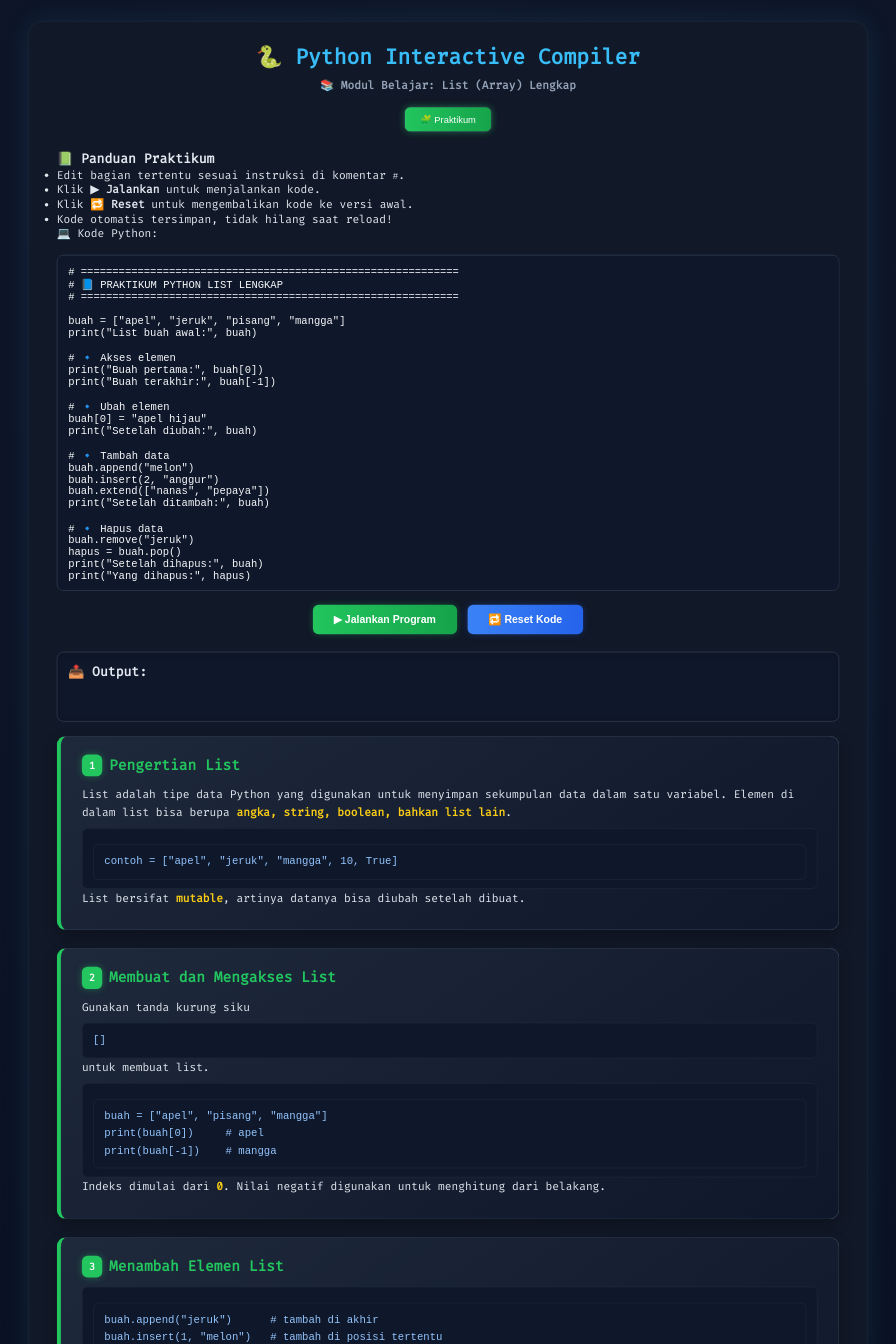
Repository: smkmutipugademak/Array
Page: index.html
These files come from the project's save history. The page is drawn as it stood at one moment and after the next save; the edit follows.
The browser window is 1280 px wide. The pictures show the part of the page from y = 0 to 1920 px (the page is 5751 px tall before and 1122 px after), at 70% of full size.
An inner scrolling area shows only its first screen.

Above is the page before, as saved 2025-11-11 05:25:26.

### index.html
<!DOCTYPE html>
<html lang="id">

<head>
    <meta charset="UTF-8" />
    <meta name="viewport" content="width=device-width, initial-scale=1.0" />
    <title>🐍 Python Interactive Compiler - Belajar List</title>
    <link rel="stylesheet" href="style.css" />
    <link href="https://fonts.googleapis.com/css2?family=Fira+Code&display=swap" rel="stylesheet">
</head>

<body>
    <div class="container">
        <h1>🐍 Python Interactive Compiler</h1>
        <h2>📚 Modul Belajar: List (Array) Lengkap</h2>

        <!-- ===================== TABS ===================== -->
        <div class="tabs">
            <button class="tab-button active" data-tab="praktikum">🧩 Praktikum</button>
        </div>

        <!-- ===================== TAB PRAKTIKUM ===================== -->
        <div id="praktikum" class="tab-content active">
            <div class="instructions">
                <h3>📗 Panduan Praktikum</h3>
                <ul>
                    <li>Edit bagian tertentu sesuai instruksi di komentar <code>#</code>.</li>
                    <li>Klik <b>▶ Jalankan</b> untuk menjalankan kode.</li>
                    <li>Klik <b>🔁 Reset</b> untuk mengembalikan kode ke versi awal.</li>
                    <li>Kode otomatis tersimpan, tidak hilang saat reload!</li>
                </ul>
            </div>

            <div class="editor-section">
                <label>💻 Kode Python:</label>
                <textarea id="editor" spellcheck="false"></textarea>

                <div class="btn-group">
                    <button id="runBtn">▶ Jalankan Program</button>
                    <button id="resetBtn">🔁 Reset Kode</button>
                </div>
            </div>

            <div class="output-container">
                <h3>📤 Output:</h3>
                <pre id="output"></pre>
            </div>
        </div>

        <!-- ===================== TAB TEORI ===================== -->
        <div id="teori" class="tab-content">
            <div class="theory-section">

                <div class="card">
                    <h3 data-step="1">Pengertian List</h3>
                    <p>List adalah tipe data Python yang digunakan untuk menyimpan sekumpulan data dalam satu variabel.
                        Elemen di dalam list bisa berupa <strong>angka, string, boolean, bahkan list lain</strong>.</p>
                    <pre><code>contoh = ["apel", "jeruk", "mangga", 10, True]</code></pre>
                    <p>List bersifat <strong>mutable</strong>, artinya datanya bisa diubah setelah dibuat.</p>
                </div>

                <div class="card">
                    <h3 data-step="2">Membuat dan Mengakses List</h3>
                    <p>Gunakan tanda kurung siku <code>[]</code> untuk membuat list.</p>
                    <pre><code>buah = ["apel", "pisang", "mangga"]
print(buah[0])     # apel
print(buah[-1])    # mangga</code></pre>
                    <p>Indeks dimulai dari <strong>0</strong>. Nilai negatif digunakan untuk menghitung dari belakang.
                    </p>
                </div>

                <div class="card">
                    <h3 data-step="3">Menambah Elemen List</h3>
                    <pre><code>buah.append("jeruk")      # tambah di akhir
buah.insert(1, "melon")   # tambah di posisi tertentu
buah.extend(["nanas", "pepaya"]) # tambah banyak elemen</code></pre>
                    <p><code>append()</code> untuk satu data, sedangkan <code>extend()</code> untuk banyak data
                        sekaligus.</p>
                </div>

                <div class="card">
                    <h3 data-step="4">Menghapus Elemen List</h3>
                    <pre><code>buah.remove("pisang")  # hapus berdasarkan nilai
buah.pop()            # hapus elemen terakhir
del buah[0]           # hapus berdasarkan indeks</code></pre>
                    <ul>
                        <li><code>remove()</code> → hapus berdasarkan isi.</li>
                        <li><code>pop()</code> → hapus & kembalikan elemen terakhir.</li>
                        <li><code>del</code> → hapus berdasarkan posisi indeks.</li>
                    </ul>
                </div>

                <div class="card">
                    <h3 data-step="5">Mengubah Elemen</h3>
                    <pre><code>buah[0] = "apel hijau"
buah[1:3] = ["melon", "nanas"]</code></pre>
                    <p>Kamu bisa mengubah satu atau beberapa elemen sekaligus menggunakan <strong>slicing</strong>.</p>
                </div>

                <div class="card">
                    <h3 data-step="6">Operasi Dasar List</h3>
                    <pre><code>angka = [1, 2, 3]
print(len(angka))        # 3
print(angka + [4, 5])    # gabung list
print(angka * 2)         # duplikasi
print(2 in angka)        # cek keanggotaan</code></pre>
                </div>

                <div class="card">
                    <h3 data-step="7">Fungsi Bawaan List</h3>
                    <pre><code>angka = [2, 4, 4, 5, 10]
print(angka.count(4))   # menghitung jumlah 4
print(angka.index(5))   # posisi angka 5
angka.sort()            # urut naik
angka.reverse()         # urut turun
print(angka)</code></pre>
                </div>

                <div class="card">
                    <h3 data-step="8">Slicing List</h3>
                    <pre><code>buah = ["apel", "pisang", "jeruk", "mangga", "melon"]
print(buah[1:4])   # ['pisang', 'jeruk', 'mangga']
print(buah[:3])    # ['apel', 'pisang', 'jeruk']
print(buah[::-1])  # urutan dibalik</code></pre>
                </div>

                <div class="card">
                    <h3 data-step="9">Nested List (List di dalam List)</h3>
                    <pre><code>kelas = [["Ani", 80], ["Budi", 90], ["Citra", 85]]
print(kelas[1][0])  # Budi
print(kelas[1][1])  # 90</code></pre>
                    <p>Nested list digunakan untuk menyimpan data tabel atau pasangan nilai.</p>
                </div>

                <div class="card">
                    <h3 data-step="10">Looping pada List</h3>
                    <pre><code>for buah in ["apel", "pisang", "jeruk"]:
    print(buah)</code></pre>
                    <p>Gunakan <code>enumerate()</code> untuk mendapatkan indeks dan nilai:</p>
                    <pre><code>buah = ["apel", "jeruk", "pisang"]
for i, item in enumerate(buah):
    print(i, item)</code></pre>
                </div>

                <div class="card">
                    <h3 data-step="11">List Comprehension</h3>
                    <pre><code>angka = [x for x in range(5)]
kuadrat = [x**2 for x in range(1,6)]
print(angka)
print(kuadrat)</code></pre>
                </div>

                <div class="card">
                    <h3 data-step="12">Fungsi Copy dan Clear</h3>
                    <pre><code>data = [1, 2, 3]
salinan = data.copy()
salinan.append(4)
print("Asli:", data)
print("Salinan:", salinan)

data.clear()
print("Setelah clear:", data)</code></pre>
                </div>

                <div class="card">
                    <h3 data-step="13">📖 Rangkuman</h3>
                    <ul>
                        <li>List menyimpan banyak data dalam satu variabel.</li>
                        <li>List bersifat <strong>mutable</strong> (bisa diubah).</li>
                        <li>Dapat ditambah, dihapus, digabung, dan diulang.</li>
                        <li>Mendukung operasi matematika dan logika sederhana.</li>
                        <li>Penting untuk memahami manipulasi data di Python.</li>
                    </ul>
                </div>

                <div class="card" style="text-align:center; color:#22c55e;">
                    <h3>🎉 Selesai! Kamu sudah memahami semua konsep List Python 🎉</h3>
                </div>

            </div>
        </div>
    </div>

    <!-- Skulpt -->
    <script src="https://cdn.jsdelivr.net/npm/skulpt@1.2.0/dist/skulpt.min.js"></script>
    <script src="https://cdn.jsdelivr.net/npm/skulpt@1.2.0/dist/skulpt-stdlib.js"></script>
    <script src="script.js"></script>
</body>

</html>

### style.css
/* =======================================
   🌌 MODERN RESPONSIVE PYTHON COMPILER UI
   By Nanda Edition
======================================= */

/* RESET & BASE */
* {
    box-sizing: border-box;
    margin: 0;
    padding: 0;
}

body {
    background: radial-gradient(circle at top, #0f172a, #020617);
    color: #e2e8f0;
    font-family: "Fira Code", monospace;
    display: flex;
    justify-content: center;
    align-items: flex-start;
    min-height: 100vh;
    padding: 30px 10px;
}

/* CONTAINER */
.container {
    background: #111827;
    border: 1px solid #1e293b;
    border-radius: 20px;
    width: 100%;
    max-width: 1200px;
    padding: 30px 40px;
    box-shadow: 0 0 40px rgba(56, 189, 248, 0.1);
    animation: fadeIn 0.6s ease;
}

/* TITLE */
h1 {
    text-align: center;
    color: #38bdf8;
    font-size: 1.9rem;
    font-weight: 600;
    margin-bottom: 10px;
}

h2 {
    text-align: center;
    color: #94a3b8;
    font-size: 1rem;
    margin-bottom: 20px;
}

/* TABS */
.tabs {
    display: flex;
    justify-content: center;
    flex-wrap: wrap;
    gap: 10px;
    margin-bottom: 25px;
}

.tab-button {
    padding: 10px 22px;
    background: #1e293b;
    border: 1px solid #334155;
    border-radius: 10px;
    color: #cbd5e1;
    cursor: pointer;
    transition: all 0.3s ease;
    font-weight: 500;
}

.tab-button:hover {
    background: #2563eb;
    color: #fff;
    transform: translateY(-2px);
}

.tab-button.active {
    background: linear-gradient(90deg, #22c55e, #16a34a);
    color: #fff;
    box-shadow: 0 0 10px rgba(34, 197, 94, 0.4);
}

/* THEORY SECTION */
.theory-section {
    display: flex;
    flex-direction: column;
    gap: 25px;
    margin-top: 20px;
}

.card {
    background: linear-gradient(145deg, #1e293b 0%, #0f172a 100%);
    border: 1px solid #334155;
    border-left: 6px solid #22c55e;
    border-radius: 14px;
    padding: 25px 30px;
    color: #f1f5f9;
    line-height: 1.6;
    position: relative;
    transition: all 0.3s ease;
    box-shadow: 0 8px 20px rgba(0, 0, 0, 0.25);
}

.card:hover {
    transform: translateY(-4px);
    border-left-color: #38bdf8;
    box-shadow: 0 10px 25px rgba(56, 189, 248, 0.15);
}

/* Nomor bab */
.card h3 {
    display: flex;
    align-items: center;
    gap: 10px;
    font-size: 1.3rem;
    font-weight: 700;
    color: #22c55e;
    margin-bottom: 12px;
}

/* EDITOR SECTION */
.editor-section {
    display: flex;
    flex-direction: column;
    gap: 20px;
}

.card h3::before {
    content: attr(data-step);
    background: #22c55e;
    color: #fff;
    font-weight: 700;
    border-radius: 8px;
    padding: 4px 10px;
    font-size: 0.9rem;
    box-shadow: 0 0 10px rgba(34, 197, 94, 0.4);
}

/* Teks isi */
.card p {
    font-size: 1rem;
    color: #e2e8f0;
    margin-bottom: 8px;
}

/* Contoh kode */
.card code,
.card pre {
    display: block;
    background: #0f172a;
    border-radius: 8px;
    padding: 12px 15px;
    margin-top: 10px;
    color: #93c5fd;
    font-size: 0.95rem;
    border: 1px solid #1e293b;
    overflow-x: auto;
}

/* Penekanan kata penting */
.card strong {
    color: #facc15;
    font-weight: 700;
}

/* Animasi lembut tiap kartu */
.card {
    opacity: 0;
    animation: slideUp 0.6s ease forwards;
}

.card:nth-child(1) {
    animation-delay: 0.1s;
}

.card:nth-child(2) {
    animation-delay: 0.2s;
}

.card:nth-child(3) {
    animation-delay: 0.3s;
}

.card:nth-child(4) {
    animation-delay: 0.4s;
}

@keyframes slideUp {
    from {
        opacity: 0;
        transform: translateY(15px);
    }

    to {
        opacity: 1;
        transform: translateY(0);
    }
}

textarea {
    width: 100%;
    height: 480px;
    background: #0f172a;
    color: #f8fafc;
    border: 1px solid #334155;
    border-radius: 10px;
    padding: 15px;
    font-size: 15px;
    resize: none;
    outline: none;
    transition: all 0.3s ease;
}

textarea:focus {
    border-color: #38bdf8;
    box-shadow: 0 0 10px rgba(56, 189, 248, 0.2);
}

/* BUTTON GROUP */
.btn-group {
    display: flex;
    justify-content: center;
    flex-wrap: wrap;
    gap: 15px;
}

#runBtn,
#resetBtn {
    padding: 12px 30px;
    border: none;
    border-radius: 8px;
    color: #fff;
    cursor: pointer;
    font-size: 15px;
    font-weight: 600;
    transition: all 0.3s ease;
}

#runBtn {
    background: linear-gradient(90deg, #22c55e, #16a34a);
    box-shadow: 0 0 10px rgba(34, 197, 94, 0.3);
}

#runBtn:hover {
    background: linear-gradient(90deg, #16a34a, #15803d);
    transform: translateY(-2px);
}

#resetBtn {
    background: linear-gradient(90deg, #3b82f6, #2563eb);
    box-shadow: 0 0 10px rgba(37, 99, 235, 0.3);
}

#resetBtn:hover {
    background: linear-gradient(90deg, #2563eb, #1d4ed8);
    transform: translateY(-2px);
}

/* OUTPUT CONTAINER */
.output-container {
    background: #0f172a;
    border: 1px solid #334155;
    border-radius: 10px;
    padding: 15px;
    margin-top: 25px;
    overflow-x: auto;
    min-height: 100px;
    box-shadow: inset 0 0 10px rgba(0, 0, 0, 0.2);
}

pre {
    color: #e2e8f0;
    font-size: 15px;
    white-space: pre-wrap;
}

/* ANIMASI */
@keyframes fadeIn {
    from {
        opacity: 0;
        transform: translateY(20px);
    }

    to {
        opacity: 1;
        transform: translateY(0);
    }
}

/* RESPONSIVE ADJUSTMENTS */

/* 💻 Laptop kecil */
@media (max-width: 1024px) {
    .container {
        padding: 20px;
    }

    textarea {
        height: 400px;
        font-size: 14px;
    }
}

/* 📱 Tablet */
@media (max-width: 768px) {
    h1 {
        font-size: 1.6rem;
    }

    .theory-section {
        grid-template-columns: 1fr;
    }

    textarea {
        height: 350px;
    }
}

/* 📱 Smartphone besar */
@media (max-width: 480px) {
    .container {
        padding: 15px;
        border-radius: 14px;
    }

    .tab-button {
        padding: 8px 16px;
        font-size: 13px;
    }

    #runBtn,
    #resetBtn {
        padding: 10px 20px;
        font-size: 13px;
    }

    textarea {
        height: 300px;
        font-size: 13px;
    }
}

Loaded but not shown: script.js (135 lines, source omitted)

After the next save:
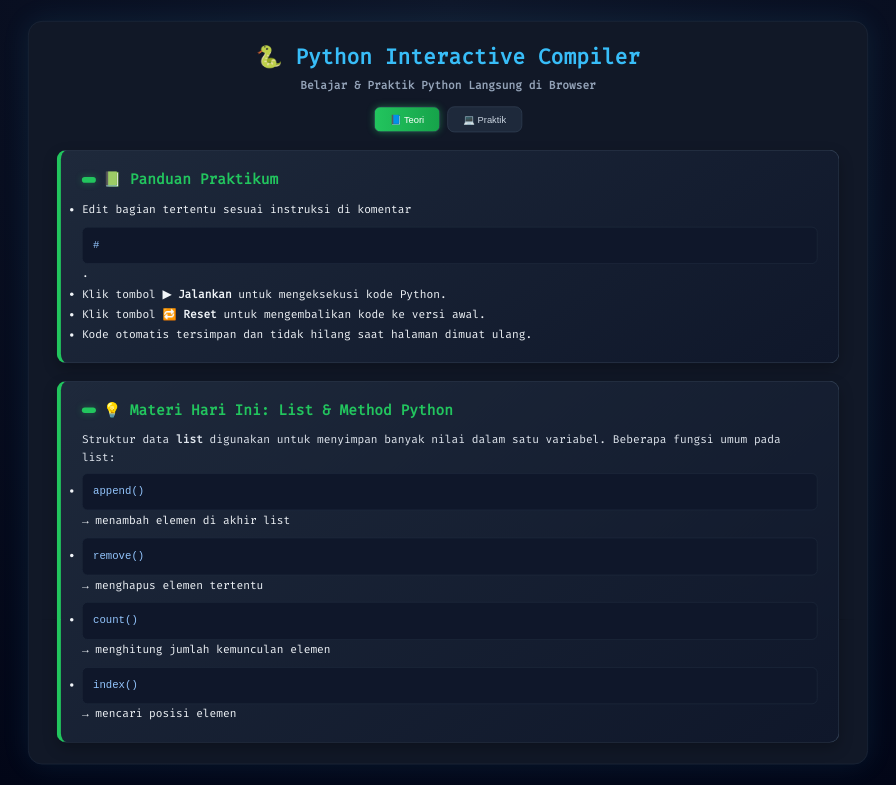
Saved 25 s later.
--- a/index.html
+++ b/index.html
@@ -12,29 +12,48 @@
 <body>
     <div class="container">
         <h1>🐍 Python Interactive Compiler</h1>
-        <h2>📚 Modul Belajar: List (Array) Lengkap</h2>
-
-        <!-- ===================== TABS ===================== -->
+        <h2>Belajar & Praktik Python Langsung di Browser</h2>
+
+        <!-- =================== NAV TABS =================== -->
         <div class="tabs">
-            <button class="tab-button active" data-tab="praktikum">🧩 Praktikum</button>
-        </div>
-
-        <!-- ===================== TAB PRAKTIKUM ===================== -->
-        <div id="praktikum" class="tab-content active">
-            <div class="instructions">
-                <h3>📗 Panduan Praktikum</h3>
-                <ul>
-                    <li>Edit bagian tertentu sesuai instruksi di komentar <code>#</code>.</li>
-                    <li>Klik <b>▶ Jalankan</b> untuk menjalankan kode.</li>
-                    <li>Klik <b>🔁 Reset</b> untuk mengembalikan kode ke versi awal.</li>
-                    <li>Kode otomatis tersimpan, tidak hilang saat reload!</li>
-                </ul>
-            </div>
-
+            <button class="tab-button active" data-tab="theory">📘 Teori</button>
+            <button class="tab-button" data-tab="practice">💻 Praktik</button>
+        </div>
+
+        <!-- =================== TEORI =================== -->
+        <div id="theory" class="tab-content">
+            <div class="theory-section">
+                <div class="card">
+                    <h3>📗 Panduan Praktikum</h3>
+                    <ul style="margin-top:10px; line-height:1.8;">
+                        <li>Edit bagian tertentu sesuai instruksi di komentar <code>#</code>.</li>
+                        <li>Klik tombol <b>▶ Jalankan</b> untuk mengeksekusi kode Python.</li>
+                        <li>Klik tombol <b>🔁 Reset</b> untuk mengembalikan kode ke versi awal.</li>
+                        <li>Kode otomatis tersimpan dan tidak hilang saat halaman dimuat ulang.</li>
+                    </ul>
+                </div>
+
+                <div class="card">
+                    <h3>💡 Materi Hari Ini: List & Method Python</h3>
+                    <p style="margin-top:10px;">
+                        Struktur data <b>list</b> digunakan untuk menyimpan banyak nilai dalam satu variabel.
+                        Beberapa fungsi umum pada list:
+                    </p>
+                    <ul style="margin-top:10px; line-height:1.8;">
+                        <li><code>append()</code> → menambah elemen di akhir list</li>
+                        <li><code>remove()</code> → menghapus elemen tertentu</li>
+                        <li><code>count()</code> → menghitung jumlah kemunculan elemen</li>
+                        <li><code>index()</code> → mencari posisi elemen</li>
+                    </ul>
+                </div>
+            </div>
+        </div>
+
+        <!-- =================== PRAKTIK =================== -->
+        <div id="practice" class="tab-content" style="display: none;">
             <div class="editor-section">
-                <label>💻 Kode Python:</label>
-                <textarea id="editor" spellcheck="false"></textarea>
-
+                <h3>💻 Kode Python:</h3>
+                <textarea id="codeArea">
                 <div class="btn-group">
                     <button id="runBtn">▶ Jalankan Program</button>
                     <button id="resetBtn">🔁 Reset Kode</button>

After the save that followed:
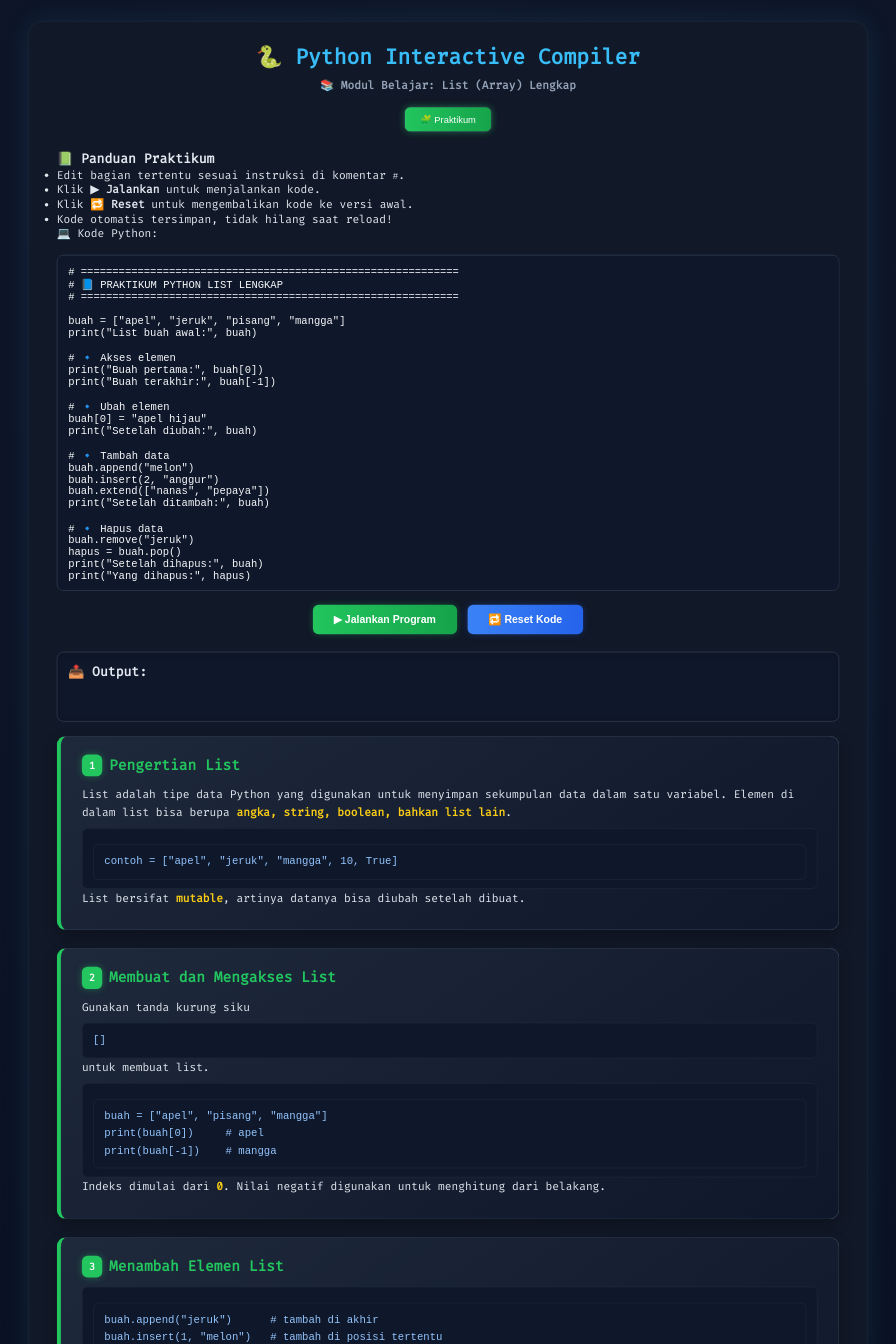
Saved 14 s later.
--- a/index.html
+++ b/index.html
@@ -12,48 +12,29 @@
 <body>
     <div class="container">
         <h1>🐍 Python Interactive Compiler</h1>
-        <h2>Belajar & Praktik Python Langsung di Browser</h2>
+        <h2>📚 Modul Belajar: List (Array) Lengkap</h2>
 
-        <!-- =================== NAV TABS =================== -->
+        <!-- ===================== TABS ===================== -->
         <div class="tabs">
-            <button class="tab-button active" data-tab="theory">📘 Teori</button>
-            <button class="tab-button" data-tab="practice">💻 Praktik</button>
+            <button class="tab-button active" data-tab="praktikum">🧩 Praktikum</button>
         </div>
 
-        <!-- =================== TEORI =================== -->
-        <div id="theory" class="tab-content">
-            <div class="theory-section">
-                <div class="card">
-                    <h3>📗 Panduan Praktikum</h3>
-                    <ul style="margin-top:10px; line-height:1.8;">
-                        <li>Edit bagian tertentu sesuai instruksi di komentar <code>#</code>.</li>
-                        <li>Klik tombol <b>▶ Jalankan</b> untuk mengeksekusi kode Python.</li>
-                        <li>Klik tombol <b>🔁 Reset</b> untuk mengembalikan kode ke versi awal.</li>
-                        <li>Kode otomatis tersimpan dan tidak hilang saat halaman dimuat ulang.</li>
-                    </ul>
-                </div>
+        <!-- ===================== TAB PRAKTIKUM ===================== -->
+        <div id="praktikum" class="tab-content active">
+            <div class="instructions">
+                <h3>📗 Panduan Praktikum</h3>
+                <ul>
+                    <li>Edit bagian tertentu sesuai instruksi di komentar <code>#</code>.</li>
+                    <li>Klik <b>▶ Jalankan</b> untuk menjalankan kode.</li>
+                    <li>Klik <b>🔁 Reset</b> untuk mengembalikan kode ke versi awal.</li>
+                    <li>Kode otomatis tersimpan, tidak hilang saat reload!</li>
+                </ul>
+            </div>
 
-                <div class="card">
-                    <h3>💡 Materi Hari Ini: List & Method Python</h3>
-                    <p style="margin-top:10px;">
-                        Struktur data <b>list</b> digunakan untuk menyimpan banyak nilai dalam satu variabel.
-                        Beberapa fungsi umum pada list:
-                    </p>
-                    <ul style="margin-top:10px; line-height:1.8;">
-                        <li><code>append()</code> → menambah elemen di akhir list</li>
-                        <li><code>remove()</code> → menghapus elemen tertentu</li>
-                        <li><code>count()</code> → menghitung jumlah kemunculan elemen</li>
-                        <li><code>index()</code> → mencari posisi elemen</li>
-                    </ul>
-                </div>
-            </div>
-        </div>
+            <div class="editor-section">
+                <label>💻 Kode Python:</label>
+                <textarea id="editor" spellcheck="false"></textarea>
 
-        <!-- =================== PRAKTIK =================== -->
-        <div id="practice" class="tab-content" style="display: none;">
-            <div class="editor-section">
-                <h3>💻 Kode Python:</h3>
-                <textarea id="codeArea">
                 <div class="btn-group">
                     <button id="runBtn">▶ Jalankan Program</button>
                     <button id="resetBtn">🔁 Reset Kode</button>
